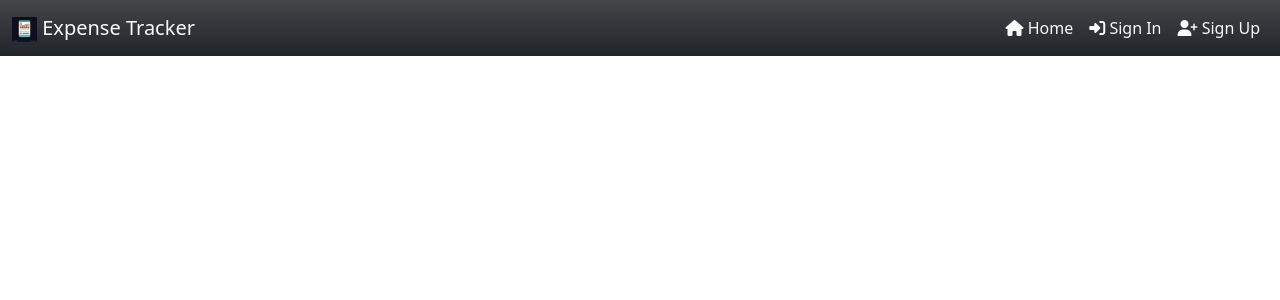
Repository: Gaurav560/OnlineExpenseTracker
Page: http://localhost/Online_Expense_Tracker/
These files come from the project's save history. The page is drawn as it stood at one moment and after the next save; the edit follows.
The browser window is 1280 px wide. The pictures show the whole page.
The page is served by Tomcat 9. Other server files are loaded and not shown.

Above is the page before, as saved 2023-05-03 20:33:24.

### Online_Expense_Tracker/src/main/webapp/index.jsp
<%@ page language="java" contentType="text/html; charset=ISO-8859-1"
	pageEncoding="ISO-8859-1"%>
<!DOCTYPE html>
<html>
<head>
<meta charset="ISO-8859-1">
<title>Insert title here</title>
<!--css cdn   -->
<link
	href="https://cdn.jsdelivr.net/npm/bootstrap@5.3.0-alpha3/dist/css/bootstrap.min.css"
	rel="stylesheet"
	integrity="sha384-KK94CHFLLe+nY2dmCWGMq91rCGa5gtU4mk92HdvYe+M/SXH301p5ILy+dN9+nJOZ"
	crossorigin="anonymous">



	<!-- font awesome cdn  -->

	<link rel="stylesheet"
		href="https://cdnjs.cloudflare.com/ajax/libs/font-awesome/6.4.0/css/all.min.css"
		integrity="sha512-iecdLmaskl7CVkqkXNQ/ZH/XLlvWZOJyj7Yy7tcenmpD1ypASozpmT/E0iPtmFIB46ZmdtAc9eNBvH0H/ZpiBw=="
		crossorigin="anonymous" referrerpolicy="no-referrer" />
</head>
<body>

	<!--Navbar starts here  -->


	<nav class="navbar navbar-expand-lg bg-dark  bg-gradient">
		<div class="container-fluid">
			<a class="navbar-brand text-light" href="#"><img src="img/expenseTracker.jpg" style="height:25px; width:25px;"> Expense Tracker</a>
			<button class="navbar-toggler" type="button"
				data-bs-toggle="collapse" data-bs-target="#navbarSupportedContent"
				aria-controls="navbarSupportedContent" aria-expanded="false"
				aria-label="Toggle navigation">
				<span class="navbar-toggler-icon"></span>
			</button>
			<div class="collapse navbar-collapse" id="navbarSupportedContent">
				<ul class="navbar-nav ms-auto mb-2 mb-lg-0">
					<li class="nav-item"><a class="nav-link active text-light"
						aria-current="page" href="#"><i class="fa-solid fa-house"></i>  Home</a></li>
					<li class="nav-item"><a class="nav-link active text-light"
						href="#"><i class="fa-solid fa-right-to-bracket"></i> Sign In</a></li>


					<li class="nav-item "><a class="nav-link active text-light "
						href="#"><i class="fa-solid fa-user-plus"></i> Sign Up</a></li>

				</ul>


			</div>
		</div>
	</nav>
	<!-- Navbar ends here  -->




	<script
		src="https://cdn.jsdelivr.net/npm/bootstrap@5.3.0-alpha3/dist/js/bootstrap.bundle.min.js"
		integrity="sha384-ENjdO4Dr2bkBIFxQpeoTz1HIcje39Wm4jDKdf19U8gI4ddQ3GYNS7NTKfAdVQSZe"
		crossorigin="anonymous"></script>
</body>
</html>

After the next save:
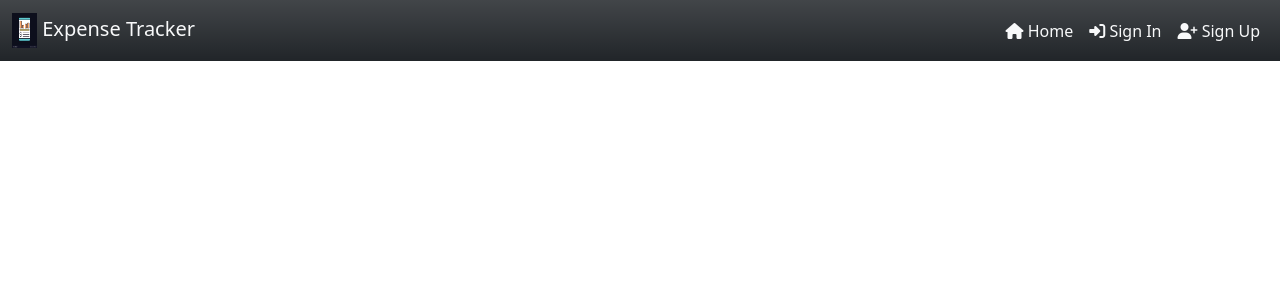
Saved 10 s later.
--- a/Online_Expense_Tracker/src/main/webapp/index.jsp
+++ b/Online_Expense_Tracker/src/main/webapp/index.jsp
@@ -28,7 +28,7 @@
 
 	<nav class="navbar navbar-expand-lg bg-dark  bg-gradient">
 		<div class="container-fluid">
-			<a class="navbar-brand text-light" href="#"><img src="img/expenseTracker.jpg" style="height:25px; width:25px;"> Expense Tracker</a>
+			<a class="navbar-brand text-light" href="#"><img src="img/expenseTracker.jpg" style="height:35px; width:25px;"> Expense Tracker</a>
 			<button class="navbar-toggler" type="button"
 				data-bs-toggle="collapse" data-bs-target="#navbarSupportedContent"
 				aria-controls="navbarSupportedContent" aria-expanded="false"
